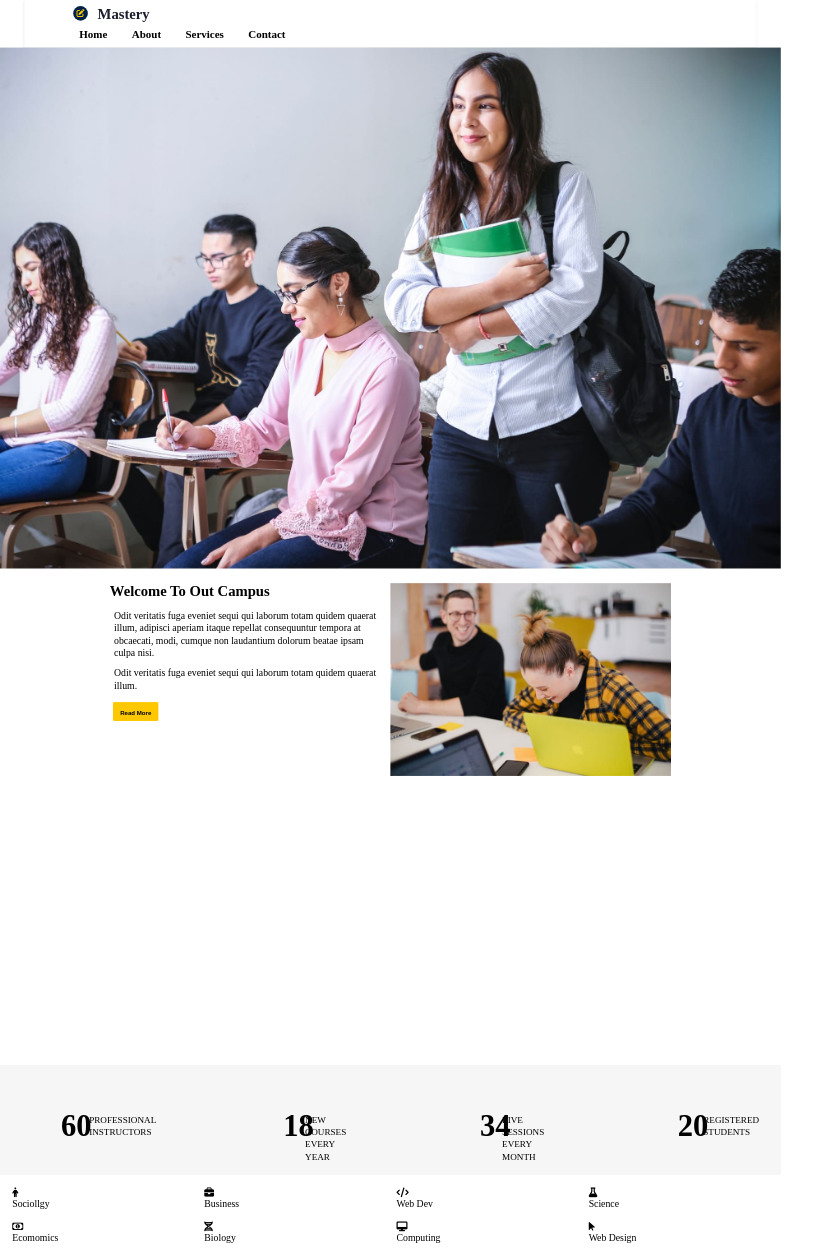
Repository: trminhphuc1504/Mastery
Page: index.html
These files come from the project's save history. The page is drawn as it stood at one moment and after the next save; the edit follows.
The browser window is 1280 px wide. The page is 1358 px wide, so the pictures cover 1358 px, including what lies to the right of the window. The pictures show the whole page, at 61% of full size.
Some web libraries are served in a nearby version.

Above is the page before, as saved 2024-08-24 13:17:40.

After the next save:
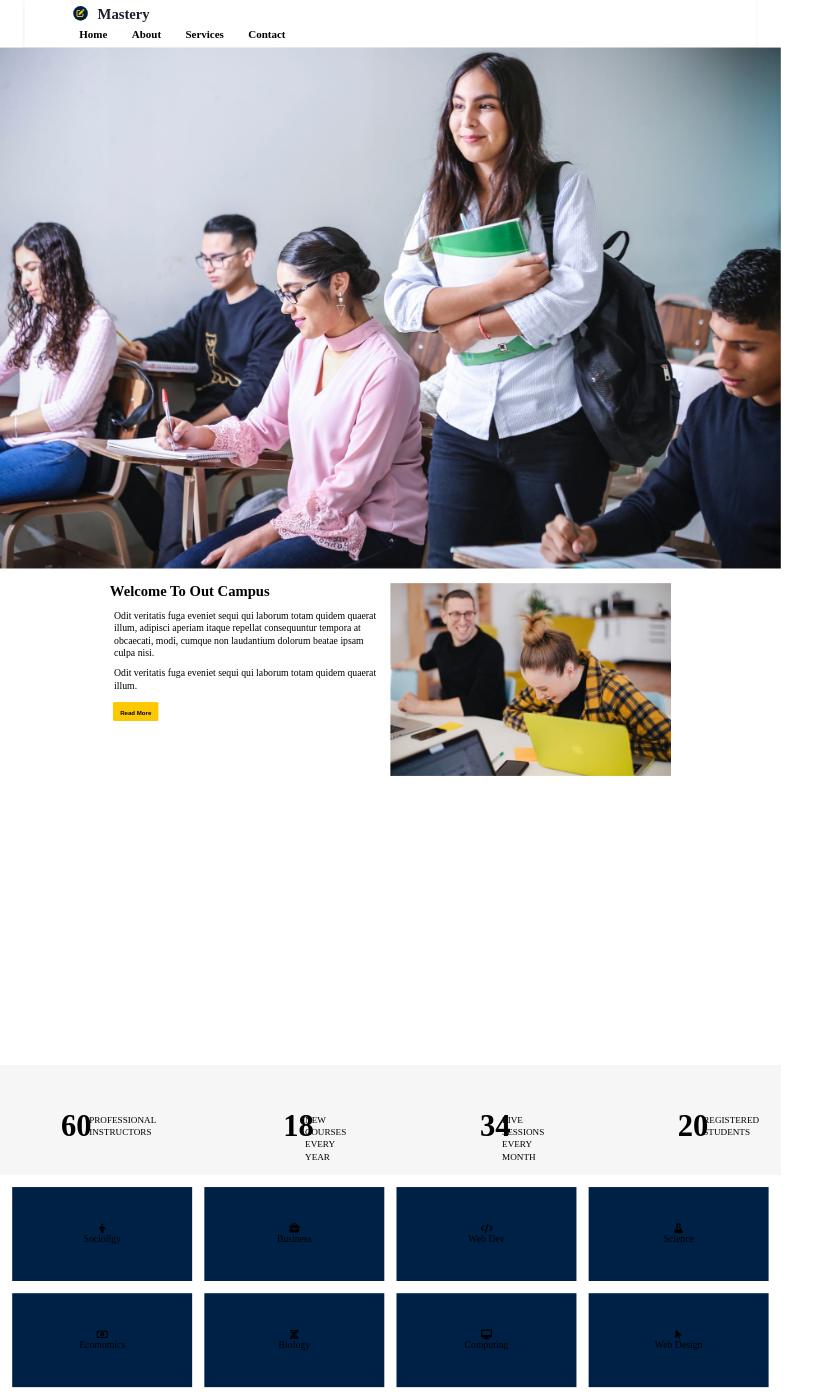
Saved 47 s later.
--- a/css/style.css
+++ b/css/style.css
@@ -201,3 +201,11 @@ header{
     width: calc((100% - calc(var(--number-item) - 1) * var(--gap)) / var(--number-item));
     box-sizing:border-box;
 }
+
+#banner .banner-slide{
+    padding:60px 30px;
+    background-color:#002146;
+    display: flex;
+    flex-direction: column;
+    align-items:center;
+}
